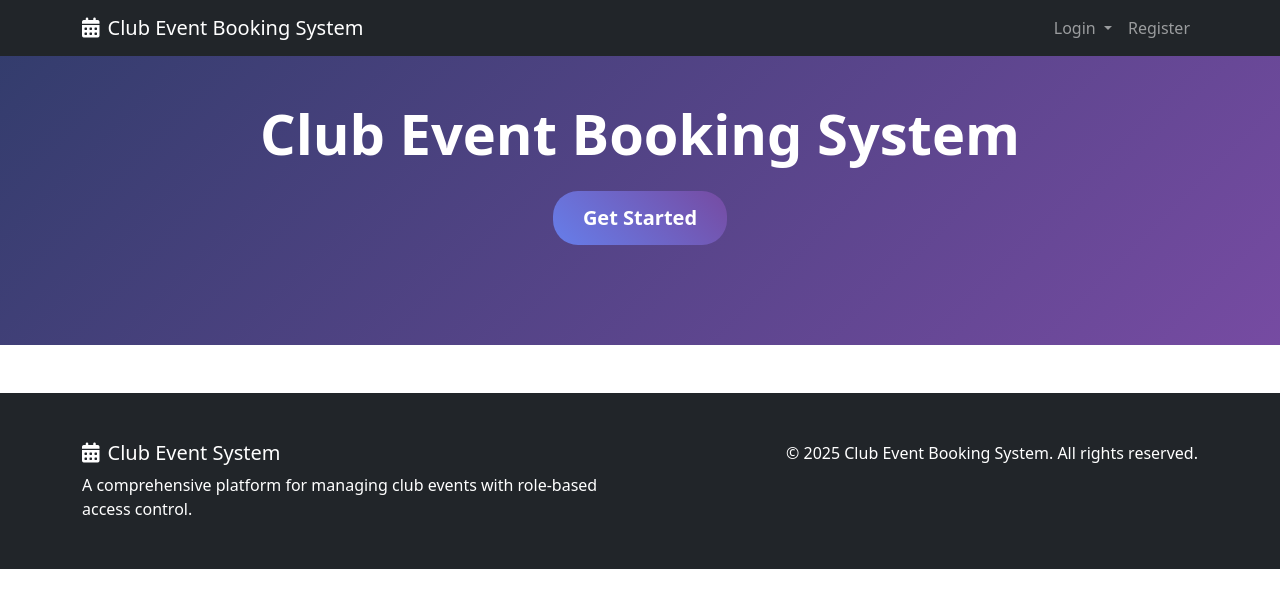
Repository: vipinsamy-sys/clubevent
Page: public/index.html
The author's editor kept a copy of each file at every save. The page is drawn from the files as they stood at one save, then again after the next save.
The browser window is 1280 px wide. The pictures show the whole page.

Above is the page before, as saved 2025-10-20 14:26:16.

After the next save:
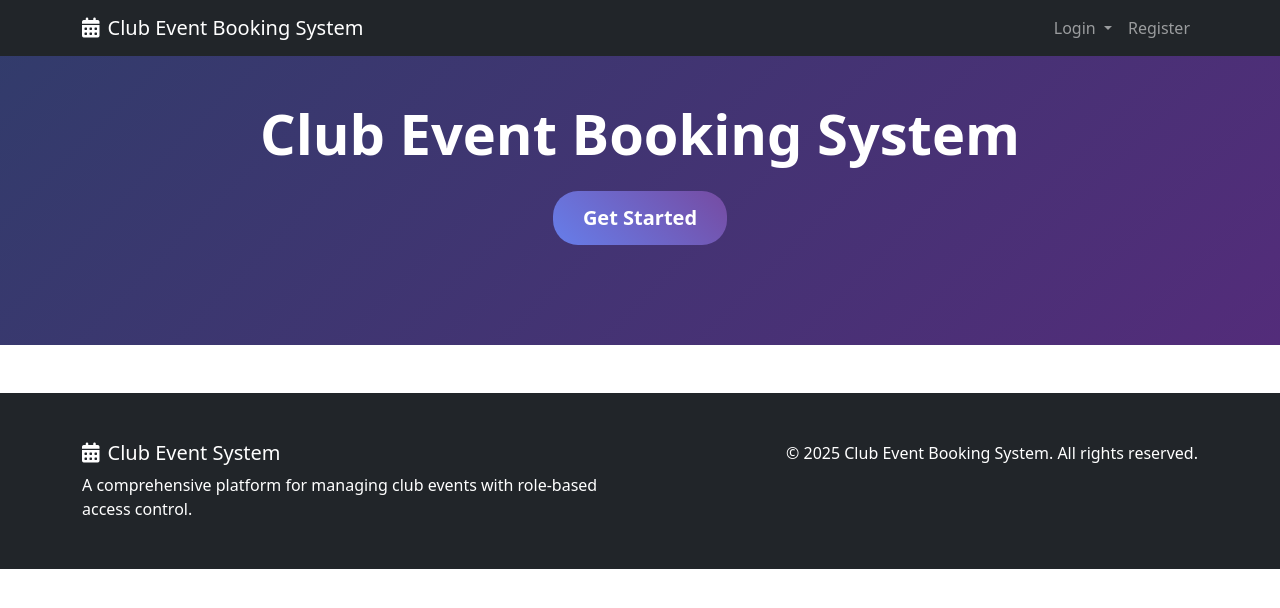
Saved 25 s later.
--- a/public/index.html
+++ b/public/index.html
@@ -8,7 +8,7 @@
     <link rel="stylesheet" href="https://cdnjs.cloudflare.com/ajax/libs/font-awesome/6.5.0/css/all.min.css">
     <style>
         .main-section {
-            background: linear-gradient(135deg, #313c6b 0%, #764ba2 100%);
+            background: linear-gradient(135deg, #313c6b 0%, #532c7a 100%);
             color: white;
             padding: 100px 0;
             text-align: center;
